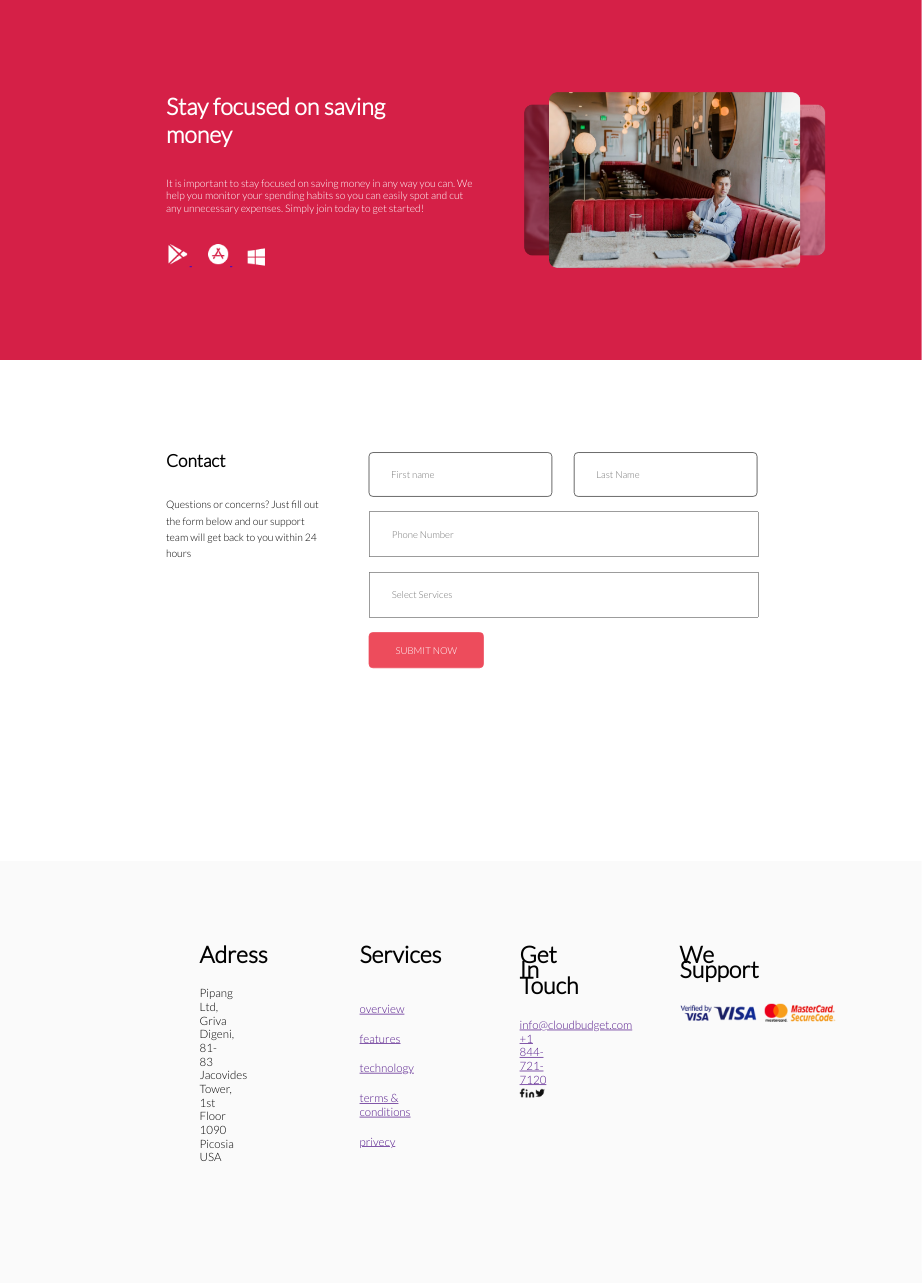
Repository: batonAnton/Cursor_lecture4
Page: index.html
These files come from the project's save history. The page is drawn as it stood at one moment and after the next save; the edit follows.
The browser window is 1280 px wide. The pictures show the whole page, at 72% of full size.

Above is the page before, as saved 2022-06-09 15:25:13.

### index.html
<!DOCTYPE html>
<html lang="en">
<head>
    <meta charset="UTF-8">
    <meta http-equiv="X-UA-Compatible" content="IE=edge">
    <meta name="viewport" content="width=device-width, initial-scale=1.0">
    <title>CloudBudget Freebie</title>
    <link rel="preconnect" href="https://fonts.googleapis.com">
    <link rel="preconnect" href="https://fonts.gstatic.com" crossorigin>
    <link href="https://fonts.googleapis.com/css2?family=Lato:wght@300&display=swap" rel="stylesheet">
    <link rel="stylesheet" href="css/style.css">
</head>
<body>
    <header>
        <div class="info-box">
            <h1>Stay focused on saving <br> money</h1>
            <p>It is important to stay focused on saving money in any way you can. We <br> help you monitor your spending habits so you can easily spot and cut <br> any unnecessary expenses. Simply join today to get started!</p>

            <div class="link_source">
                <a href="https://play.google.com/store/games?hl=uk&gl=US">
                    <img src="/image/icon/google_play.png" alt="icon-google">
                </a>
                <a href="https://www.apple.com/ua/app-store/">
                    <img src="/image/icon/apstore.png" alt="icon-apstore">
                </a>
                <a href="https://www.microsoft.com/uk-ua/software-download/windows10">
                    <img src="/image/icon/windows.png" alt="icon-windows">
                </a>
            </div>
        </div>

        <div class="big_img"></div>
    </header>

    <section>
        <div class="info-box">
            <h1>Contact</h1>
            <p>Questions or concerns? Just fill out the form below and our support <br> team will get back to you within 24 hours</p>
        </div>

        <div class="input-fields">
            <form>
                <div>
                    <input type="text" id="fname" placeholder="First name" name="fname">
                    <input type="text" id="lname" placeholder="Last Name" name="lname">
                </div>

                <input type="number" name="" id="number" placeholder="Phone Number">
                <input list="browsers" id="dropdown" placeholder="Select Services" name="service"> <br>
                <datalist id="browsers">
                    <option value="Service1">
                    <option value="Service2">
                    <option value="Service3">
                    <option value="Service4">
                    <option value="Service5">
                </datalist>
                <button>submit now</button>
              </form>
        </div>
    </section>

    <footer>
        <div class="all-block">
            <div class="adress-block">
                <h1>adress</h1>
                <p>
                    Pipang Ltd, Griva Digeni,<br>
                    81-83 Jacovides Tower, 1st Floor <br>
                    1090 Picosia USA
                </p>
            </div>

            <div class="services">
                <h1>services</h1>
                <a href="">overview</a>
                <a href="">features</a>
                <a href="">technology</a>
                <a href="">terms & conditions</a>
                <a href="">privecy</a>
            </div>

            <div class="link-social">
                <h1>Get in Touch</h1>
                <a href="">info@cloudbudget.com</a>
                <a href="">+1 844-721-7120</a>

                <div>
                    <a href="">
                        <img src="/image/footer/facebook.png" alt="facebook-link">
                    </a>

                    <a href="">
                        <img src="/image/footer/feather-linkedin.png" alt="linkdn">
                    </a>

                    <a href="">
                        <img src="/image/footer/tweeter.png" alt="tweeter-img">
                    </a>
                </div>
            </div>

            <div class="paymants">
                <h1>We Support</h1>
                <img src="/image/footer/secure-p-1 1.png" alt="img pay">
            </div>
        </div>

    </footer>
</body>
</html>

### css/style.css
* {
  font-family: "Lato", sans-serif;
  font-weight: 400;
  margin: 0;
  padding: 0;
  box-sizing: border-box;
}

h1 {
  font-weight: 600;
}

header {
  width: 100%;
  height: 20%;
  padding: 10%;
  color: #ffffff;
  display: inline-flex;
  background-color: #d52047;
}

.info-box {
  width: 80%;
  margin-left: 10%;
}

.info-box p {
  width: 90%;
  margin: 40px 0;
  font-size: 0.9rem;
}

.link_source a {
  margin-left: -19px;
  padding: 0 20px;
}

.big_img {
  background-image: url("/image/Photo.png");
  width: 70%;
  background-repeat: no-repeat;
  background-position: center;
  background-size: contain;
}

/* Section */
section {
  color: #000000;
  display: inline-flex;
  padding: 10%;
  width: 100%;
  margin-bottom: 120px;
}

section .info-box {
  width: 80%;
  color: #000000;
  line-height: 140%;
}

section .info-box h1 {
  font-weight: 600;
}

#fname,
#lname {
  width: 255px;
  height: 60px;
  border: 1px solid #333333;
  border-radius: 6px;
}

.input-fields input {
  width: 95%;
  height: 60px;
  padding: 30px;
}

form div {
  display: inline-flex;
}
form input,
button {
  margin-left: 30px;
  margin-bottom: 20px;
  /* margin: 0px 0px 30px 10px; */
}

.input-fields {
  margin-right: 100px;
}

button {
  background-color: #ed4c5c;
  color: #ffffff;
  width: 160px;
  height: 50px;
  border: 1.5px solid #ed4c5c;
  border-radius: 6px;
  text-transform: uppercase;
}

footer {
  background-color: #fafafa;
  margin: 0px auto 0px auto;
}

.all-block {
  display: inline-flex;
  padding: 85px 166px 166px 166px;
}

.all-block div {
  width: 30%;
  padding: 0 15% 0 15%;
}

footer h1 {
  font-style: normal;
  font-weight: 700;
  line-height: 22px;
  text-transform: capitalize;
  margin-bottom: 33px;
  margin-top: 33px;
}

.services,
.link-social a {
  display: grid;
}

.link-social div {
  display: inline-flex;
}

After the next save:
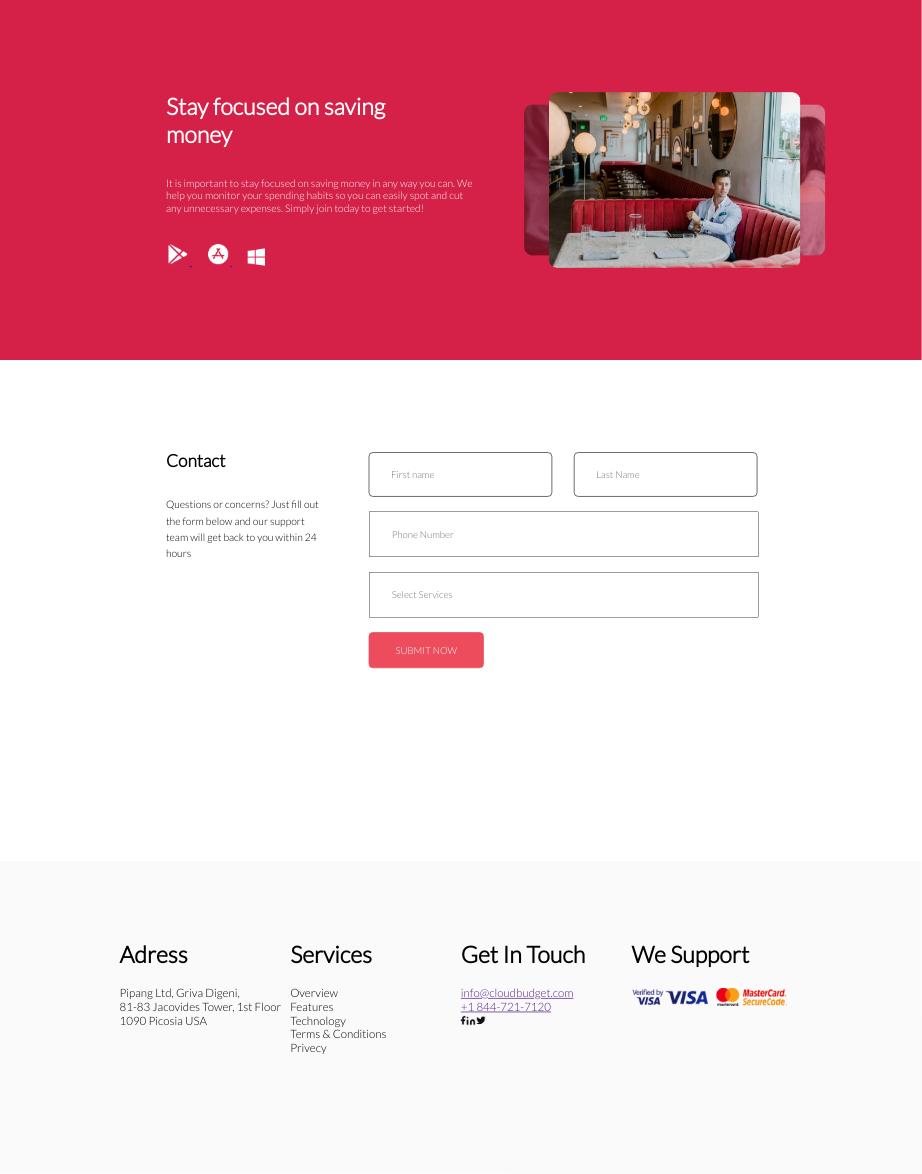
Saved 5 min 8 s later.
--- a/css/style.css
+++ b/css/style.css
@@ -108,11 +108,13 @@ footer {
 .all-block {
   display: inline-flex;
   padding: 85px 166px 166px 166px;
+  margin: 0 auto;
+  width: 100%;
 }
 
 .all-block div {
   width: 30%;
-  padding: 0 15% 0 15%;
+  /* padding: 0 15% 0 15%; */
 }
 
 footer h1 {
@@ -129,6 +131,12 @@ footer h1 {
   display: grid;
 }
 
+.services a {
+  text-transform: capitalize;
+  text-decoration: none;
+  color: #000000;
+}
+
 .link-social div {
   display: inline-flex;
 }
